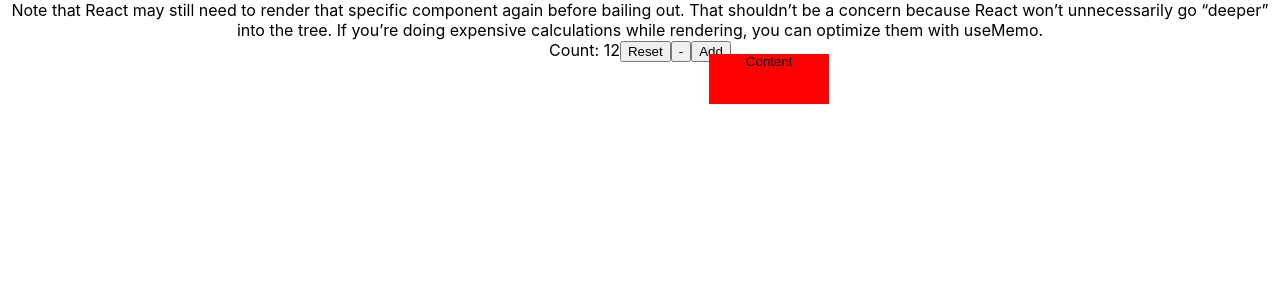
Repository: Farbod29/React-text-highlighter-with-hook-
Page: /
An editor plug-in stored every save of this project. The page is shown before and after a run of saves, followed by the edit.
The browser window is 1280 px wide. The pictures show the whole page.
The project was rebuilt for these pictures with package versions that can differ from the ones it lists, and the page was loaded fresh each time.

Above is the page before, as saved 2022-02-18 20:55:38.

### src/App.js
import './App.css';
import Highlighter from './highlighter';
function App() {
  return (
    <div className="App">
      <Highlighter />
    </div>
  );
}

export default App;

### src/highlighter.js
import React, { useEffect, useState } from 'react';

export default function Highlighter() {
  let doit = () => {
    document.onmouseup = () => {
      console.log(window.getSelection().toString());
    };
  };
  const [count, setCount] = useState(12);
  return (
    <>
      <div>
        {' '}
        Note that React may still need to render that specific component again
        before bailing out. That shouldn’t be a concern because React won’t
        unnecessarily go “deeper” into the tree. If you’re doing expensive
        calculations while rendering, you can optimize them with useMemo.
      </div>
      Count: {count}
      <button onClick={() => setCount(12)}>Reset</button>
      <button onClick={() => setCount((prevCount) => prevCount - 1)}>-</button>
      <button onClick={() => setCount((prevCount) => prevCount + 1)}>
        <div
          style={{
            padding: '0px 10px',
            position: 'fixed',
            height: '50px',
            width: '100px',
            margin: '10px',
            backgroundColor: 'red',
            inline: true,
            justifyContent: 'center',
            display: 'center',
          }}
        >
          Content
        </div>
        Add{' '}
      </button>
      {doit()}
    </>
  );
}

Loaded but not shown: public/index.html (common file); src/index.js (common file); src/index.css (common file); src/reportWebVitals.js (common file); src/App.css (common file)

After the next 2 saves:
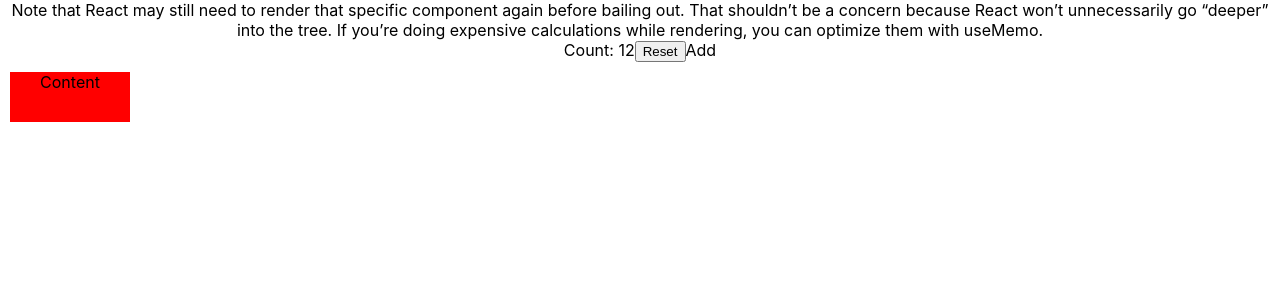
The 2 saves are shown as one change because 1 did not build or start.
The last was saved 28 s later.
--- a/src/highlighter.js
+++ b/src/highlighter.js
@@ -18,26 +18,23 @@ export default function Highlighter() {
       </div>
       Count: {count}
       <button onClick={() => setCount(12)}>Reset</button>
-      <button onClick={() => setCount((prevCount) => prevCount - 1)}>-</button>
-      <button onClick={() => setCount((prevCount) => prevCount + 1)}>
-        <div
-          style={{
-            padding: '0px 10px',
-            position: 'fixed',
-            height: '50px',
-            width: '100px',
-            margin: '10px',
-            backgroundColor: 'red',
-            inline: true,
-            justifyContent: 'center',
-            display: 'center',
-          }}
-        >
-          Content
-        </div>
-        Add{' '}
-      </button>
-      {doit()}
+      {/* <button onClick={() => setCount((prevCount) => prevCount - 1)}>-</button> */}
+      <div
+        style={{
+          padding: '0px 10px',
+          position: 'fixed',
+          height: '50px',
+          width: '100px',
+          margin: '10px',
+          backgroundColor: 'red',
+          inline: true,
+          justifyContent: 'center',
+          display: 'center',
+        }}
+      >
+        Content
+      </div>
+      Add {doit()}
     </>
   );
 }
